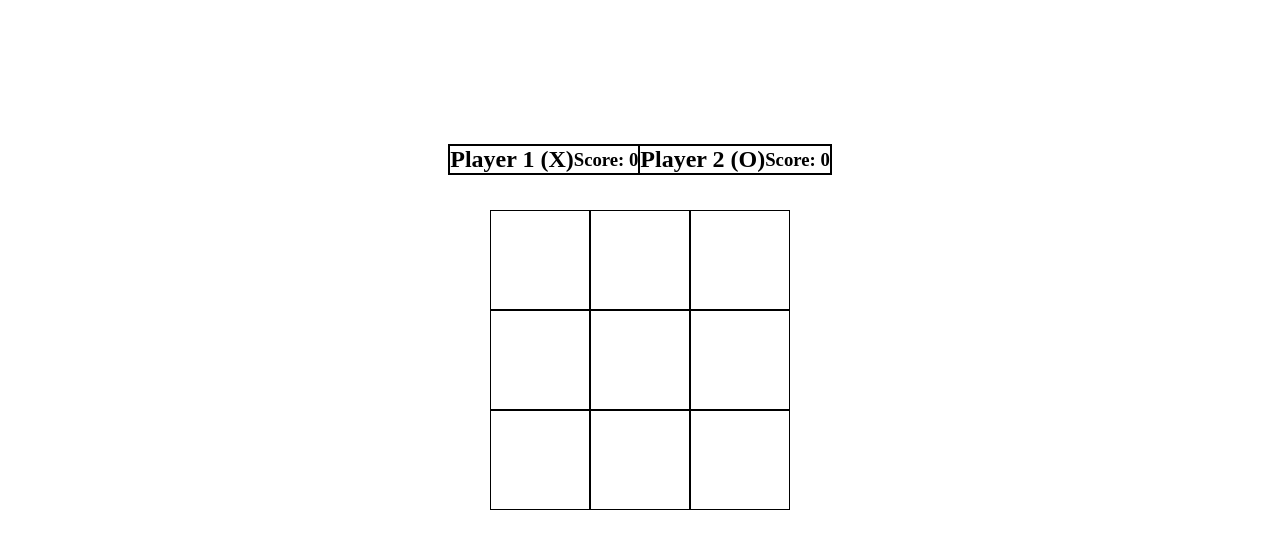
Repository: Dimitris2031/Tic-Tac-Toe
Page: main.html
These files come from the project's save history. The page is drawn as it stood at one moment and after the next save; the edit follows.
The browser window is 1280 px wide. The pictures show the whole page.

Above is the page before, as saved 2025-09-05 23:47:37.

### main.html
<!DOCTYPE html>
    <head>
        <title>Rock Paper Sciscor Project</title>
        <link rel="stylesheet" href="main.css">
    </head>
    <body>
        <div class="scoreboard">
            <div class="player1">
                <h2>Player 1 (X)</h2>
                <h3 id="player1score">Score: 0</h3>
            </div>
            <div class="player2">
                <h2>Player 2 (O)</h2>
                <h3 id="player2score">Score: 0</h3>
            </div>
        </div>
        <main class="main">
            <div></div>
            <div></div>
            <div></div>
            <div></div>
            <div></div>
            <div></div>
            <div></div>
            <div></div>
            <div></div>
        </main>
        <script src="main.js"></script>
    </body>

</html>

### main.css
*{
    margin: 0;
    padding: 0;
    box-sizing: border-box;
}
body{
    display: flex;
    align-items: center;
    justify-content: center;
    min-height: 100vh;
}

main{
    display: grid;
    width: 300px;
    height: 300px;
    grid-template-columns: repeat(3,1fr);
    grid-template-rows: repeat(3,1fr);

}

div{
    border: 1px solid black;
    display: flex;
    align-items: center;
    justify-content: center;
}

.scoreboard{
    position: absolute;
    top: 20%;
}

### main.js

const Gameboard = (() => {
    const GameboardArray = new Array(9).fill(null);
    const winningConditions = [
        [0, 1, 2],
        [3, 4, 5],
        [6, 7, 8],

        [0, 3, 6],
        [1, 4, 7],
        [2, 5, 8],

        [0, 4, 8],
        [2, 4, 6]
    ];
    function updateBoard(index, marker){
        GameboardArray[index] = marker;
        document.getElementById(index).textContent = marker;
    }
    return {
        updateBoard,
        winningConditions,
        GameboardArray};
    })();


const GameReferee = (() => {
    let currIndex = 1;
    let player1 = playerFactory('player1','X',0);
    let player2 = playerFactory('player2','O',0);
    const players = [player1,player2];
    function checkPlayerTurn(){
        currIndex = 1 - currIndex;
        players[currIndex];
        return players[currIndex];
    }

    function checkWin(){
        for (let condition of Gameboard.winningConditions){
            const [a,b,c] = condition;
            if (Gameboard.GameboardArray[a] && Gameboard.GameboardArray[a] === Gameboard.GameboardArray[b] && Gameboard.GameboardArray[a] === Gameboard.GameboardArray[c]){
                if (Gameboard.GameboardArray[a] === 'X'){
                    alert(`${Gameboard.GameboardArray[a]} wins!`);
                    player1.score += 1;
                    return true;
                }else{
                    alert(`${Gameboard.GameboardArray[a]} wins!`);
                    player2.score += 1;
                    return true;
                }
            }
        }
    }
    function resetGame(){
        Gameboard.GameboardArray.fill(null);
        document.querySelectorAll('main div').forEach((div) => {
            div.textContent = '';
        });
        currIndex = 1;
    }

    return {
        checkWin,
        checkPlayerTurn,
        resetGame
    };
})();

function playerFactory(name,marker,score){
    return{
        name: name,
        marker: marker,
        score: score

    }
}


document.querySelectorAll('main div').forEach((div,i) => {
    div.id = i;
    div.addEventListener('click', async () => {
        if (Gameboard.GameboardArray[div.id] == null){
            Gameboard.updateBoard(div.id, GameReferee.checkPlayerTurn().marker);
            if (GameReferee.checkWin()){
                GameReferee.resetGame();
            }else if (!Gameboard.GameboardArray.includes(null)){
                alert("It's a tie!");
                GameReferee.resetGame();
            }
        }
    });
});

After the next save:
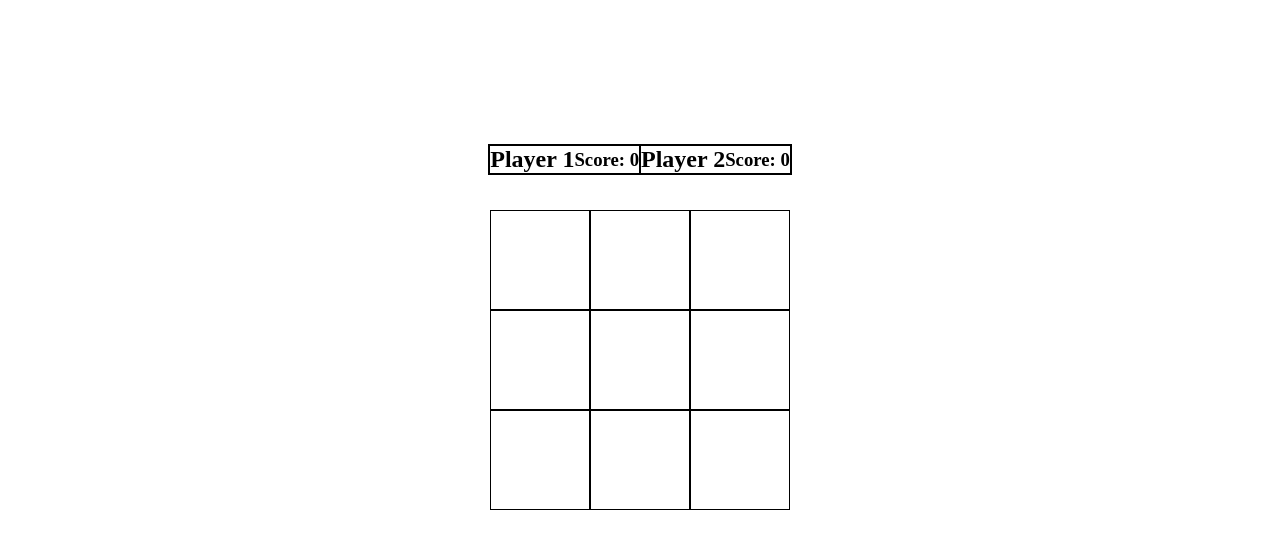
Saved 16 s later.
--- a/main.html
+++ b/main.html
@@ -6,11 +6,11 @@
     <body>
         <div class="scoreboard">
             <div class="player1">
-                <h2>Player 1 (X)</h2>
+                <h2>Player 1 </h2>
                 <h3 id="player1score">Score: 0</h3>
             </div>
             <div class="player2">
-                <h2>Player 2 (O)</h2>
+                <h2>Player 2 </h2>
                 <h3 id="player2score">Score: 0</h3>
             </div>
         </div>
